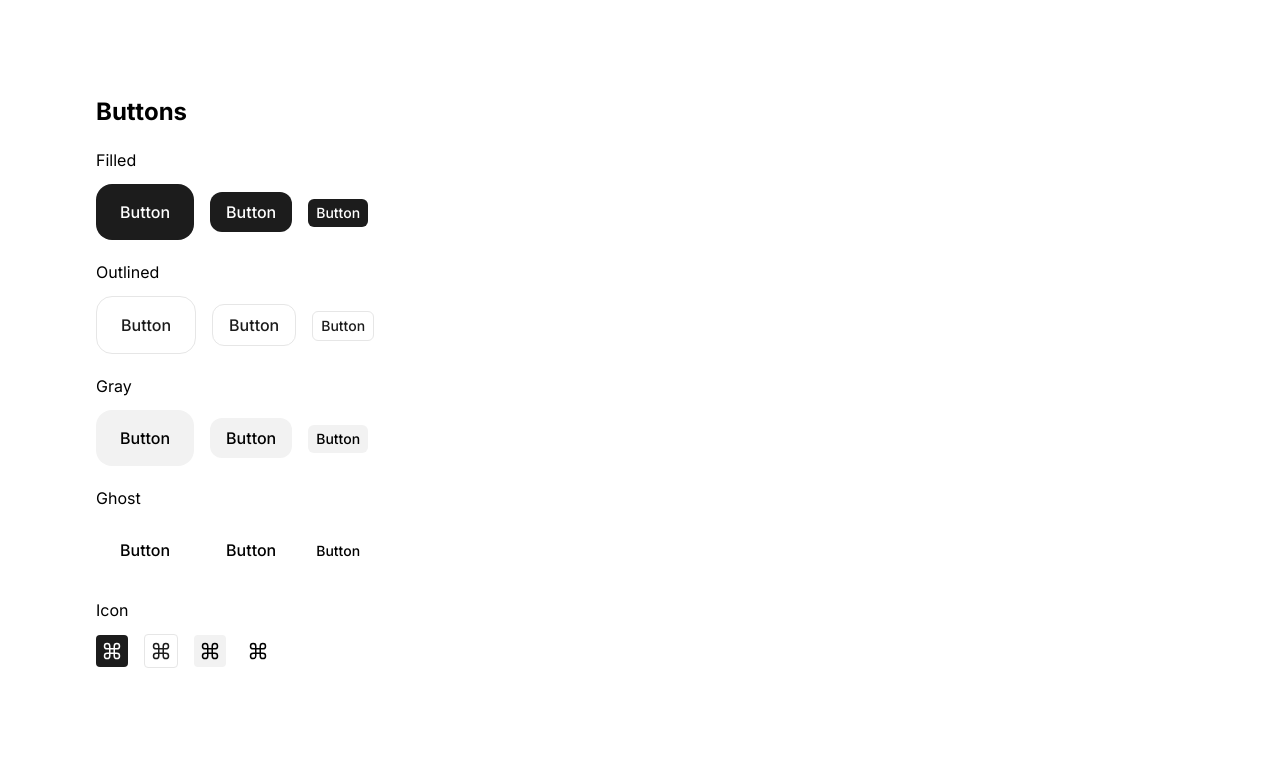
Repository: ggonzaga29/polarized-dashboard
Page: /
The author's editor kept a copy of each file at every save. The page is drawn from the files as they stood at one save, then again after the next save.
The browser window is 1280 px wide. The pictures show the whole page.
The project was rebuilt for these pictures with package versions that can differ from the ones it lists, and the page was loaded fresh each time. The framework's server and built-in components were replaced by stand-ins that run in the browser. Also part of the build but not shown: next.config.js.

Above is the page before, as saved 2023-08-04 00:46:31.

### src/app/layout.jsx
import './globals.css';
import { Inter } from 'next/font/google';
import { ThemeProvider } from '@/context/theme-provider';

const inter = Inter({ subsets: ['latin'] });

export const metadata = {
  title: 'Polarized | Dashboard',
};

export default function RootLayout({ children }) {
  return (
    <html lang="en">
      <body className={inter.className}>
        <ThemeProvider attribute="class" defaultTheme="system" enableSystem>
          {children}
        </ThemeProvider>
      </body>
    </html>
  );
}

### src/app/page.jsx
'use client';

import Image from 'next/image';
import { Button } from '@/components/ui/button';
import { Command } from '@phosphor-icons/react';

export default function Home() {
  return (
    <main className="min-h-screen flex-col items-center justify-between p-24 space-y-5">
      <h1 className="text-2xl font-bold">Buttons</h1>
      <div>
        <h2>Filled</h2>
        <div className="space-x-4 mt-3">
          <Button variant="filled" size="lg">
            Button
          </Button>
          <Button variant="filled" size="md">
            Button
          </Button>
          <Button variant="filled" size="sm">
            Button
          </Button>
        </div>
      </div>
      <div>
        <h2>Outlined</h2>
        <div className="space-x-4 mt-3">
          <Button variant="outlined" size="lg">
            Button
          </Button>
          <Button variant="outlined" size="md">
            Button
          </Button>
          <Button variant="outlined" size="sm">
            Button
          </Button>
        </div>
      </div>
      <div>
        <h2>Gray</h2>
        <div className="space-x-4 mt-3">
          <Button variant="gray" size="lg">
            Button
          </Button>
          <Button variant="gray" size="md">
            Button
          </Button>
          <Button variant="gray" size="sm">
            Button
          </Button>
        </div>
      </div>
      <div>
        <h2>Ghost</h2>
        <div className="space-x-4 mt-3">
          <Button variant="ghost" size="lg">
            Button
          </Button>
          <Button variant="ghost" size="md">
            Button
          </Button>
          <Button variant="ghost" size="sm">
            Button
          </Button>
        </div>
      </div>
      <div>
        <h2>Icon</h2>
        <div className="space-x-4 mt-3">
          <Button variant="filled" size="icon">
            <Command className="h-6 w-6" />
          </Button>
          <Button variant="outlined" size="icon">
            <Command className="h-6 w-6" />
          </Button>
          <Button variant="gray" size="icon">
            <Command className="h-6 w-6" />
          </Button>
          <Button variant="ghost" size="icon">
            <Command className="h-6 w-6" />
          </Button>
        </div>
      </div>
    </main>
  );
}

### src/app/globals.css
@tailwind base;
@tailwind components;
@tailwind utilities;

@layer base {
  :root {
    /* --background: 0 0% 100%;
    --foreground: 240 10% 3.9%;

    --muted: 240 4.8% 95.9%;
    --muted-foreground: 240 3.8% 46.1%;

    --popover: 0 0% 100%;
    --popover-foreground: 240 10% 3.9%;

    --card: 0 0% 100%;
    --card-foreground: 240 10% 3.9%;

    --border: 240 5.9% 90%;
    --input: 240 5.9% 90%;

    --primary: 240 5.9% 10%;
    --primary-foreground: 0 0% 98%;

    --secondary: 240 4.8% 95.9%;
    --secondary-foreground: 240 5.9% 10%;

    --accent: 240 4.8% 95.9%;
    --accent-foreground: 240 5.9% 10%;

    --destructive: 0 84.2% 60.2%;
    --destructive-foreground: 0 0% 98%;

    --ring: 240 5% 64.9%;

    --radius: 0.5rem; */

    /* 1C1C1C */
    /* Black shades */
    --shade-100: hsl(0, 0%, 11%);
    --shade-80: hsl(0, 0%, 20%);
    --shade-40: hsl(0, 0%, 40%);
    --shade-20: hsl(0, 0%, 60%);
    --shade-10: hsl(0, 0%, 90%);
    --shade-5: hsl(0, 0%, 95%);

    /* White tints */
    --tint-100: hsl(0, 0%, 100%);
    --tint-80: hsl(0, 0%, 80%);
    --tint-40: hsl(0, 0%, 60%);
    --tint-20: hsl(0, 0%, 40%);
    --tint-10: hsl(0, 0%, 20%);
    --tint-5: hsl(0, 0%, 10%);

    /* F7F9FB */
    --primary-light: hsl(210, 50%, 98%);
    /* E3F5FF */
    --primary-blue: hsl(210, 90%, 95%);
    /* E5ECF6 */
    --primary-purple: hsl(240, 20%, 90%);
    /* 1C1C1C */
    --primary-brand: hsl(0, 0%, 11%);

    /* 95A4FC */
    --secondary-purple-a: hsl(240, 60%, 75%);
    /* A8C5DA */
    --secondary-blue-a: hsl(200, 30%, 75%);
    /* E3F5FF */
    --secondary-blue-b: hsl(210, 90%, 95%);
    /* A1E3CB */
    --secondary-green-a: hsl(160, 70%, 75%);
    /* BAEDBD */
    --secondary-green-b: hsl(100, 40%, 75%);
    /* FFE999 */
    --secondary-yellow: hsl(50, 100%, 75%);
    /* FF4747 */
    --secondary-red: hsl(0, 100, 64);
  }

  .dark {
    /* --background: 240 10% 3.9%;
    --foreground: 0 0% 98%;

    --muted: 240 3.7% 15.9%;
    --muted-foreground: 240 5% 64.9%;

    --popover: 240 10% 3.9%;
    --popover-foreground: 0 0% 98%;

    --card: 240 10% 3.9%;
    --card-foreground: 0 0% 98%;

    --border: 240 3.7% 15.9%;
    --input: 240 3.7% 15.9%;

    --primary: 0 0% 98%;
    --primary-foreground: 240 5.9% 10%;

    --secondary: 240 3.7% 15.9%;
    --secondary-foreground: 0 0% 98%;

    --accent: 240 3.7% 15.9%;
    --accent-foreground: 0 0% 98%;

    --destructive: 0 62.8% 30.6%;
    --destructive-foreground: 0 85.7% 97.3%;

    --ring: 240 3.7% 15.9%; */
  }
}

### src/components/ui/button.jsx
import React from 'react';
import { Slot } from '@radix-ui/react-slot';
import { cva } from 'class-variance-authority';
import { twMerge } from 'tailwind-merge';

const button = cva(
  [
    'inline-flex items-center gap-2 justify-center font-medium transition-colors disabled:pointer-events-none disabled:opacity-50',
  ],
  {
    variants: {
      variant: {
        filled: ['bg-primary-brand', 'text-white', "hover:bg-tint-10"],
				outlined: ['border border-shade-10', 'text-shade-100', 'hover:border-shade-80'],
				gray: ['bg-shade-5', 'text-black', 'hover:bg-shade-10'],
				ghost: ['text-black', 'hover:bg-shade-10'],
      },

      size: {
        sm: ['px-2', 'py-1', 'rounded-md', "text-sm"],
        md: ['px-4', 'py-2', 'rounded-xl'],
        lg: ['px-6', 'py-4', 'rounded-2xl'],
				icon: ['p-1', 'rounded'],
      },
    },
		defaultVariants: {
			variant: 'filled',
			size: 'md',
		}
  },
);

const Button = ({ asChild, variant, size, className, children }) => {
	const Component = asChild ? Slot : 'button';

	return (
    <Component className={twMerge(button({ variant, size }), className)}>
      {children}
    </Component>
  );
};

Button.displayName = 'Button';

export { Button };

### tailwind.config.js
/** @type {import('tailwindcss').Config} */
module.exports = {
	darkMode: ["class"],
	content: [
		'./pages/**/*.{js,jsx}',
		'./components/**/*.{js,jsx}',
		'./app/**/*.{js,jsx}',
		'./src/**/*.{js,jsx}',
	],
	theme: {
		// container: {
		//   center: true,
		//   padding: "2rem",
		//   screens: {
		//     "2xl": "1400px",
		//   },
		// },
		extend: {
			colors: {

				// --black-100: hsl(0, 0%, 11%);
				// --black-80: hsl(0%, 11%, 80%);

				// --white-100: hsl(0, 0%, 100%);
				// --white-80: hsl(0, 0%, 80%);
				// --white-40: hsl(0, 0%, 40%);
				// --white-20: hsl(0, 0%, 20%);
				// --white-10: hsl(0, 0%, 10%);
				// --white-5: hsl(0, 0%, 5%);


				shade: {
					100: "var(--shade-100)",
					80: "var(--shade-80)",
					40: "var(--shade-40)",
					20: "var(--shade-20)",
					10: "var(--shade-10)",
					5: "var(--shade-5)",
				},

				tint: {
					100: "var(--tint-100)",
					80: "var(--tint-80)",
					40: "var(--tint-40)",
					20: "var(--tint-20)",
					10: "var(--tint-10)",
					5: "var(--tint-5)",
				},

				primary: {
					brand: "var(--primary-brand)",
				}


				// border: "hsl(var(--border))",
				// input: "hsl(var(--input))",
				// ring: "hsl(var(--ring))",
				// background: "hsl(var(--background))",
				// foreground: "hsl(var(--foreground))",
				// primary: {
				//   DEFAULT: "hsl(var(--primary))",
				//   foreground: "hsl(var(--primary-foreground))",
				// },
				// secondary: {
				//   DEFAULT: "hsl(var(--secondary))",
				//   foreground: "hsl(var(--secondary-foreground))",
				// },
				// destructive: {
				//   DEFAULT: "hsl(var(--destructive))",
				//   foreground: "hsl(var(--destructive-foreground))",
				// },
				// muted: {
				//   DEFAULT: "hsl(var(--muted))",
				//   foreground: "hsl(var(--muted-foreground))",
				// },
				// accent: {
				//   DEFAULT: "hsl(var(--accent))",
				//   foreground: "hsl(var(--accent-foreground))",
				// },
				// popover: {
				//   DEFAULT: "hsl(var(--popover))",
				//   foreground: "hsl(var(--popover-foreground))",
				// },
				// card: {
				//   DEFAULT: "hsl(var(--card))",
				//   foreground: "hsl(var(--card-foreground))",
				// },
			},
			borderRadius: {
				// lg: "var(--radius)",
				// md: "calc(var(--radius) - 2px)",
				// sm: "calc(var(--radius) - 4px)",
			},
			keyframes: {
				// "accordion-down": {
				//   from: { height: 0 },
				//   to: { height: "var(--radix-accordion-content-height)" },
				// },
				// "accordion-up": {
				//   from: { height: "var(--radix-accordion-content-height)" },
				//   to: { height: 0 },
				// },
			},
			animation: {
				// "accordion-down": "accordion-down 0.2s ease-out",
				// "accordion-up": "accordion-up 0.2s ease-out",
			},
		},
	},
	plugins: [require("tailwindcss-animate")],
}

Loaded but not shown: src/context/theme-provider.jsx (common file)

After the next save:
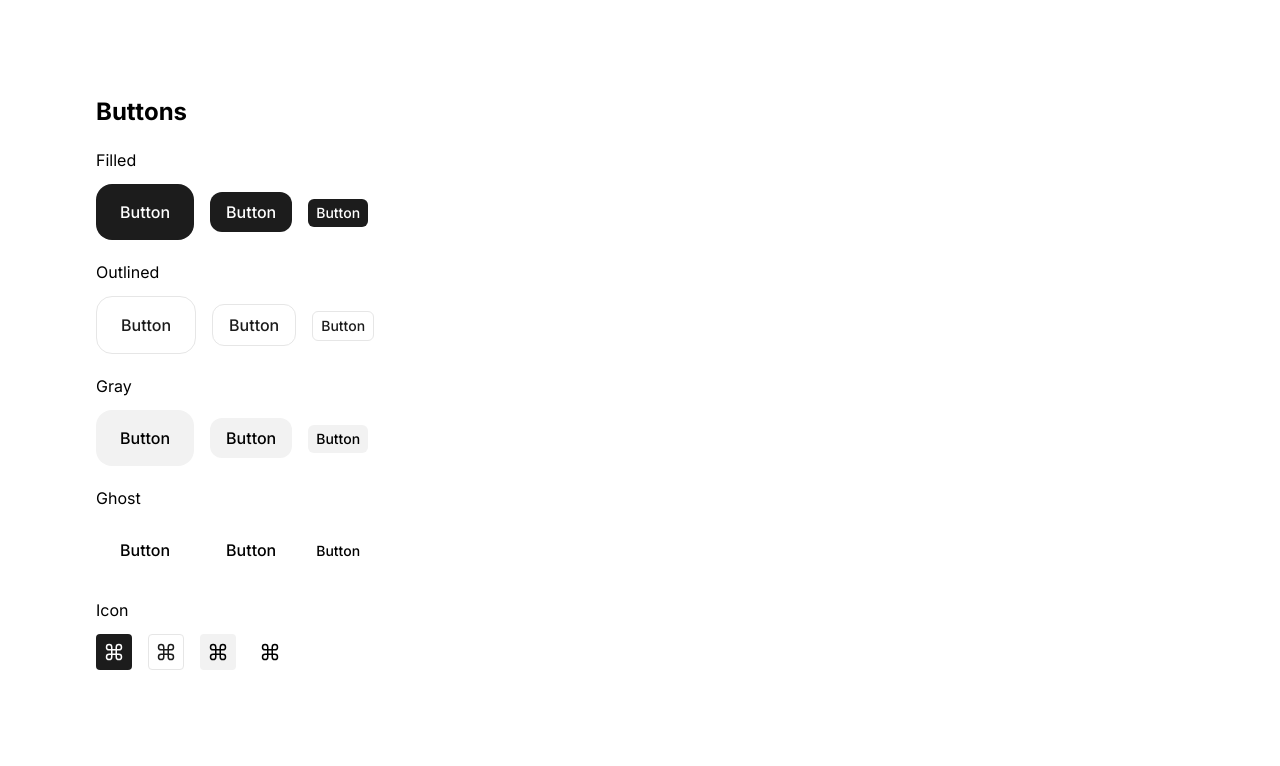
Saved 59 s later.
--- a/src/components/ui/button.jsx
+++ b/src/components/ui/button.jsx
@@ -20,7 +20,7 @@ const button = cva(
         sm: ['px-2', 'py-1', 'rounded-md', "text-sm"],
         md: ['px-4', 'py-2', 'rounded-xl'],
         lg: ['px-6', 'py-4', 'rounded-2xl'],
-				icon: ['p-1', 'rounded'],
+				icon: ['w-9 h-9', 'rounded'],
       },
     },
 		defaultVariants: {
